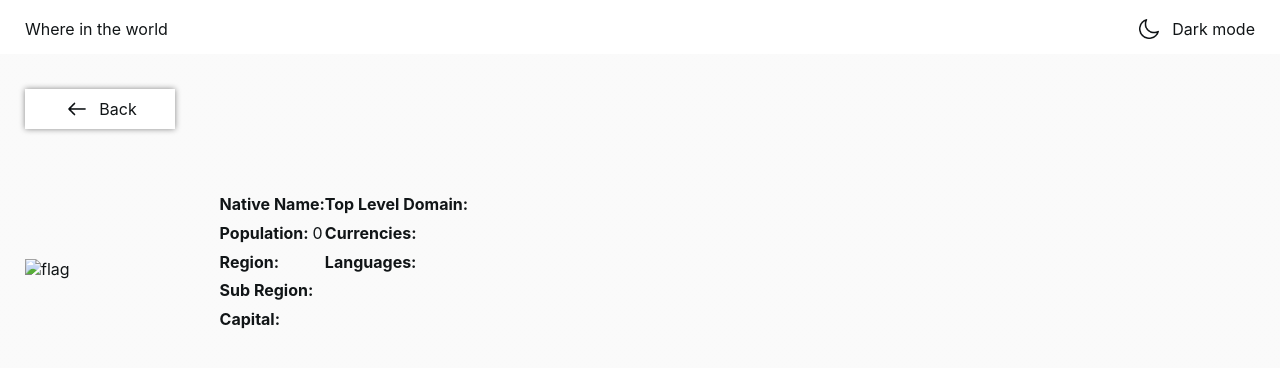
Repository: faithandjs/rest-countries-api
Page: /details
These files come from the project's save history. The page is drawn as it stood at one moment and after the next save; the edit follows.
The browser window is 1280 px wide. The pictures show the whole page.
The page's requests for data from a server got no answer. The project was rebuilt for these pictures with package versions that can differ from the ones it lists, and the page was loaded fresh each time. No one was signed in, and anything a server would have sent is missing. Also part of the build but not shown: src/components/home.tsx.

Above is the page before, as saved 2022-04-16 01:41:23.

### src/App.tsx
import React, {useContext} from 'react';
import Home from './components/home';
import Details from './components/details';
import Nav from './components/nav';
import { Routes, Route } from "react-router-dom"
import Parent, {Wrapper} from './components/parent'

function App() {
  return (
    <div className='app light' style={{height: '100%', width: '100%'}}>
      <Parent>
        <Nav/>
        <Routes >
          <Route path='/' element={<Home/>}/>
          <Route path='details' element={<Details/>}/>
        </Routes>
      </Parent>
    </div>
  );
}

export default App;

### src/components/details.tsx
import React, {useContext} from 'react';
import { useEffect } from 'react';
import { useState } from 'react';
import { Link } from "react-router-dom";
import {Wrapper} from './parent';
import {arrItem, contextType, detailsType} from './type'

//create state that is part of the redux ish that can be updated on click to
//1. change light and dark icons
//3. set paths and alt texts
function Details() {
    const {data, details, currentIcons, settingDetails } = useContext(Wrapper) as contextType
    const [lang, setLang] = useState<any[]>([])

    useEffect(
        ()=>{
            let arr:any[] = []
                Object.entries(details.languages).forEach(([key, value], index) => {
                arr.push(value)
        })
            setLang(arr)
        }, [details]
    )
    const borderClick = (testName:string) => {
        data.map((item )=> {
            if (item.name.common === testName){
                settingDetails(item)
            }
        })
    }
    const borderCheck = () => {
        if (details.borders.length === 0 || details.borders === undefined){
            return null
        }else{
            return(
            <div className='border'>
                <div className='border-title'>border countries: </div>
                <div className='borders'>
                    {details.borders.map((item, index) => {

                    return <div onClick={() => borderClick(item) }>{item }</div>
                        })}
                </div>
            </div>)
        }
    }
    return (
        <div className='details'>
            <Link to='/'><div className='back'><img src={currentIcons.arrow} alt='left arrow, back icon'/> <span>Back</span></div></Link>
            <div className='content'>
                <div className='flag'><img src={details.flag} alt='flag'/></div>
                <div className='moreContent'>
                    <div className='name'>{details.name} </div>
                    <div className='lists'>
                        <ul>
                            <li><span>Native name: </span>{details.nativeName}</li>
                            <li><span>Population: </span>{details.population}</li>
                            <li><span>region: </span>{details.region}</li>
                            <li><span>sub region: </span>{details.subRegion}</li>
                            <li><span>capital: </span>{details.capital}</li>
                        </ul>
                        <ul>
                            <li><span>top level domain: </span>{details.tld}</li>
                            <li><span>currencies: </span>{details.currencies.map((item, index) => {
                                    if(index === 0){
                                        return `${item}`
                                    }else{
                                        return `, ${item}`
                                    }
                                })}</li>
                            <li><span>languages: </span>
                                {lang.map((item, index) => {
                                    if(index === 0){
                                        return `${item}`
                                    }else{
                                        return `, ${item}`
                                    }
                                })}
                            </li>

                        </ul>
                    </div>
                    {borderCheck()}
                </div>
            </div>
        </div>
    );
}

export default Details;

### src/components/nav.tsx
import React, {useContext} from 'react';
import {Wrapper} from './parent';
import {contextType, currentIconsType} from './type'

function Nav() {
    const { currentIcons, changeClasses } = useContext(Wrapper) as contextType
//console.log(currentIcons)
    return (
        <div className='navbar'>
            <div>Where in the world</div>
            <div onClick={() => changeClasses()} className='mode-box'>
                <img src={currentIcons.src} alt='mode icon' />
                <span>Dark mode</span>
            </div>
        </div>
    );
}

export default Nav;

### src/components/parent.tsx
import React, { createContext, useRef, useState, useEffect, useMemo, Props, ClassAttributes } from 'react';
import arrowWhite from './images/next.png'
import arrowBlack from './images/next (1).png'
import mode from './images/sleep-mode (1).png'
import modeFill from './images/sleep-mode (2).png'
import {arrItem, contextType, detailsType, items, currentIconsType} from './type'

export const Wrapper = createContext<contextType | null>(null)
const { Provider } = Wrapper
const Parent: React.FC<React.ReactNode> =({children}) => {
    const axios = require('axios').default;
    const [data, setData] = useState<arrItem[]>([])
    const modeIcons = {
        dark: {
            mode: modeFill,
            arrow: arrowWhite,
            text: 'Dark Mode'
        },
        light: {
            mode: mode,
            arrow: arrowBlack,
            text: 'Light Mode'
        }
    }
    const [details, setDetails] = useState<detailsType>(
        {
        flag: '',
        name: '',
        nativeName: '',
        population: 0,
        region: '',
        subRegion: '',
        capital: [],
        tld: [],
        currencies: [],
        languages: {},
        borders: []
    })

    const getLSD = localStorage.getItem('countries-data-details')
    const getLS = localStorage.getItem('countries-data')
    const passed = useRef<boolean>(false)
    const passed1 = useRef<boolean>(false)
    const native = useRef<string>('')
    const currency = useRef<string[]>([])
    const [currentIcons, setCurrentIcons] = useState<currentIconsType>({
        src: modeIcons.light.mode,
        arrow: modeIcons.light.arrow,
        text:  modeIcons.light.text
    })
    const changeClasses = () => {
        const box = document.querySelector('.app')?.classList
        if(document.querySelector('.light')){
             box?.add('dark')
             box?.remove('light')
             setCurrentIcons({
                src: modeIcons.dark.mode,
                arrow: modeIcons.dark.arrow,
                text:  modeIcons.dark.text
             })
        }else if(document.querySelector('.dark' )){
            setCurrentIcons({
                src: modeIcons.light.mode,
                arrow: modeIcons.light.arrow,
                text:  modeIcons.light.text
             })
            box?.add('light')
            box?.remove('dark')
        }
     }
    const settingDetails = (obj:arrItem) => {
        data.map((item, index) => {
            if (item.name.common === obj.name.common){
            const active = data[index]
            const nativeNames = active.name.nativeName;
            Object.entries(nativeNames).forEach(([key, value], index) => {
                if (index === (Object.keys(nativeNames).length - 1)){
                    native.current = value.common
                }
              });
            let arr:string[] = []
            Object.entries(active.currencies).forEach(([key, value], index) => {
                arr.push(value.name)
            });
            let arr2:string[] = []
            if (active.borders){
                active.borders.map(item => {
                    let item1 = item
                    data.map(item => {
                        if (item.cca3 === item1){
                            arr2.push(item.name.common)
                        }
                    })
                })
            }
            setDetails({
                flag: active.flags.svg,
                name: active.name.common,
                nativeName: native.current,
                population: active.population,
                region: active.region,
                subRegion: active.subregion,
                capital: active.capital,
                tld: active.tld,
                currencies: arr,
                languages: active.languages,
                borders: arr2
            })
            }
        })

    }

    useEffect(
        () => {
            if(!passed.current){
                console.log(passed, 'lsd')
                if(  getLSD   ){
                    console.log(getLSD,JSON.parse(getLSD!).name !== '')
                    if(JSON.parse(getLSD!).name !== ''){
                        setDetails(JSON.parse(getLSD!))
                        console.log('here')
                    }
                }
            }
        },[]
    )
    useEffect(
        () => {
            if(passed.current){localStorage.setItem('countries-data-details', JSON.stringify(details))}
        }
    , [details])
    useEffect(
        () => {
            if(!passed.current){

            console.log(passed, 'ls')
                if( getLS === 'undefined' || getLS === null || getLS === '[]'){
                axios.get('https://restcountries.com/v3.1/all')
                .then(function (response:any) {
                    setData(response.data)
                })
                .catch(function (error:any) {
                    console.log(error);
                  })
                }else{
                    setData(JSON.parse(getLS))
                }
                passed.current = true;
            }
        }
            ,[])
    const value:contextType = useMemo(
        () => ({data, details, currentIcons, changeClasses, settingDetails})
        , [data, details, currentIcons, changeClasses, settingDetails]
    )
    return (
        <Provider value={value}>
           {children}
        </Provider>
    );
}
export default Parent;

### src/components/style/style.scss
$DarkBlue: hsl(209, 23%, 22%); // (Dark Mode Elements)
$VeryDarkBlue: hsl(207, 26%, 17%); //(Dark Mode Background)
$VeryDark: hsl(200, 15%, 8%); //(Light Mode Text)
$DarkGray: hsl(0, 0%, 52%); //(Light Mode Input)
$VeryLightGray: hsl(0, 0%, 98%); // (Light Mode Background)
$White: hsl(0, 0%, 100%); //(Dark Mode Text & Light Mode Elements)
$shadow: 0px 0px 1px 0.2px ;
@mixin theme ($bg, $element, $text, $shadowColor) {
    background: $bg;
    color: $text;
    background: linear-gradient(45deg, $bg, $bg) no-repeat fixed center;

    .navbar{
        background-color: $element;
    }
    a:-webkit-any-link{
        color: $text;
    }
    .details{
        .borders div, .back{
            background-color: $element;
        }
        .borders div{
            box-shadow: 0px 0px 3px 0.1px $shadowColor;
        }
        .back{
            box-shadow: 0px 0px 6px 0.2px $shadowColor;
        }
    }
    .home{
        form{
            div{
                box-shadow: $shadow $shadowColor;
                input{
                    background-color: $element;
                    color: $text;
                }
                background-color: $element;
            }
            select{
                box-shadow: $shadow $shadowColor;
                background-color: $element;
                color: $text;
            }
        }
        .all-flags{
            .a-flag{
                background-color: $element;
                box-shadow: $shadow $shadowColor;
            }
        }
    }

}
.dark{
    @include theme($VeryDarkBlue, $DarkBlue , $White, $VeryDark)
}
.light{
    @include theme($VeryLightGray, $White , $VeryDark, $DarkGray )
}
.app{
    //overflow: hidden;
}
.navbar{
    display: flex;
    justify-content: space-between;
    padding: 15px 25px;
    align-items: baseline;
    /*position: fixed;
    top: 0;
    left: 0;*/
    img{
        width: 20px;
        padding: 0 13px 0 1px ;
        position: relative;
        top: 4px;
    }
    //color at the bottom?
    //also this part is diffrent from background
}
.details {
    padding: 0 25px 25px;
    .back{
        width: 150px;
        height: 40px;
        margin: 35px 0 45px 0;
        text-align: center;
        display: flex;
        justify-content: center;
        align-items: center;
        img{
            transform: rotate(180deg) scale(0.15);
        }
        span{
            position: relative;
            left: -50px;
        }
        img, span{
            padding: 0 4px;
        }
    }
    .content{
        .flag{
            img{
                width: 500px;
                padding-right: 150px;
            }
        }
        display: flex;
        align-items: center;
        .moreContent{
            span, .border-title{
                font-weight: bold;
                text-transform: capitalize;
            }
            .name{
                font-weight: bold;
            }
            .lists{
                display: flex;
                justify-content: space-between;
                line-height: 1.8;
                padding-bottom: 15px;
                ul{
                    list-style-type: none;
                    padding-inline-start: 0;
                }
            }
            .border{
                display: flex;
                align-items: baseline;
                .borders{
                    display: flex;
                    flex-wrap: wrap;
                    div{
                        min-width: 100px;
                        margin: 0 10px 15px;
                        padding: 7px 12px;
                        text-align: center;
                    }
                }
            }
        }
    }
}
a:-webkit-any-link {
    text-decoration: none;
}
.mode-box:hover, select:hover, .border div:hover{
    cursor: pointer;
 }
.home{
    form{
        display: flex;
        justify-content: space-between;
        padding: 25px;
        input, select{
            outline: 0;
        }
        div{
            width: 300px;
            padding: 15px 7px;
            display: flex;
            border-radius: 4px;
            img{
                width: 17px;
                padding: 0 10px;
            }
            input{
                border: 0;
            }
        }
        select{
            border-radius: 4px;
            width: 130px;
            border: 0;
            padding: 15px 7px;
        }
    }
    .all-flags{
        display: flex;
        flex-wrap: wrap;
        justify-content: space-around;
        margin: 0 15px;
        .a-flag{
            margin: 0 15px 35px;
            //padding: 10px;
            width: 280px;
            height: 330px;
            border-radius: 7px;
            //background-color: $White; //set!!!!!!
            .flag-box{
                height: 170px;
                width: 100%;
                img{
                    width: -webkit-fill-available;
                    height: 100%;
                    object-fit: fill;
                    border-top-left-radius: 7px;
                    border-top-right-radius: 7px;
                }
            }
            .text{
                padding: 0 6px;
                span{
                    text-transform: capitalize;
                    font-weight: bold;
                }
            }
        }
    }//0px 0px 4px 0.3px hsl(200deg 15% 8%) box shadow
}

Loaded but not shown: src/index.tsx (common file); src/index.css (common file); src/reportWebVitals.ts (common file)

After the next save:
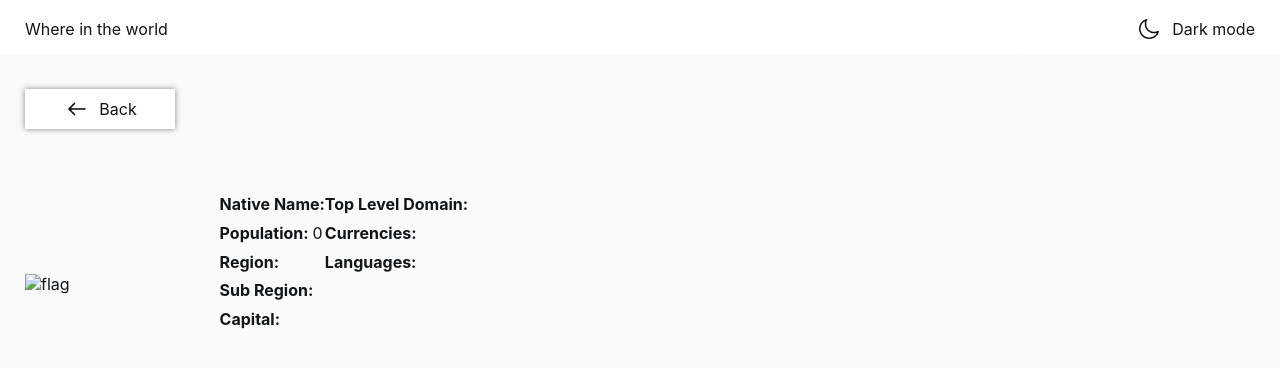
Saved 17 s later.
--- a/src/components/style/style.scss
+++ b/src/components/style/style.scss
@@ -120,7 +120,7 @@ $shadow: 0px 0px 1px 0.2px ;
                 display: flex;
                 justify-content: space-between;
                 line-height: 1.8;
-                padding-bottom: 15px;
+                padding-bottom: 45px;
                 ul{
                     list-style-type: none;
                     padding-inline-start: 0;
